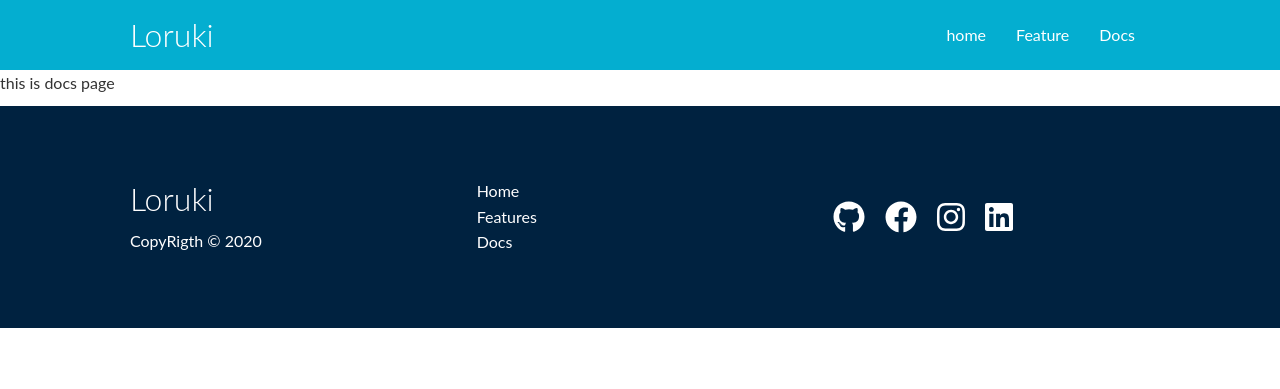
Repository: MosiurRrahman/loruki-app-reactjs
Page: /docs
These files come from the project's save history. The page is drawn as it stood at one moment and after a run of saves; the edit follows.
The browser window is 1280 px wide. The pictures show the whole page.
The project was rebuilt for these pictures with package versions that can differ from the ones it lists, and the page was loaded fresh each time. Also part of the build but not shown: src/components/pages/home/Cli.js, src/components/pages/home/Cloud.js, src/assets/images/images.js, src/components/pages/home/Languages.js, src/components/pages/home/ShowcaseForm.js, src/components/pages/home/ShowCase.js, src/components/pages/home/Status.js, src/components/pages/home/HomePage.js and 5 more.

Above is the page before, as saved 2021-10-06 14:14:57.

### src/index.js
import React from 'react';
import ReactDOM from 'react-dom';
import { BrowserRouter, Route, Switch } from 'react-router-dom';
import Layout from './components/app';
import defaultLayout from './components/layouts/Main';
import docs from './components/pages/docs/Docs';
import feature from './components/pages/feature/Feature';
import './index.css';
// import './utilities';






class Root extends React.Component{
  render(){
    return(
      <BrowserRouter basename = {"/"} >
      <Switch>
        <Route exact path = "/home" component={defaultLayout} />
      <Layout>
          <Route path='/feature' component={feature}></Route>
          <Route path='/docs' component={docs}></Route>
      </Layout>
      </Switch>
      </BrowserRouter>
    );
  }
}




ReactDOM.render(
  <React.StrictMode>
    <Root />
  </React.StrictMode>,
  document.getElementById('root')
);

### src/components/app.jsx
import { Component } from "react";
import Footer from "./common/Footer";
import Header from "./common/Header";

class Layout extends Component {
  render() {
    return (
      <>
        <Header />
        {this.props.children}
        <Footer />
      </>
    );
  }
}
export default Layout;

### src/components/pages/docs/Docs.js
import React, { Component } from 'react';

class Docs extends Component {
    render() {
        return (
            <div>
                this is docs page
<h1></h1>            </div>
        );
    }
}

export default Docs;

### src/index.css
/* all css imported */

@import url("./assets/css/main");
@import url("./assets/css/utilities");

### src/components/common/Footer.jsx
import {
  faFacebook,
  faGithub,
  faInstagram,
  faLinkedin,
} from "@fortawesome/free-brands-svg-icons";
import { FontAwesomeIcon } from "@fortawesome/react-fontawesome";
import { Component } from "react";

class Footer extends Component {
  render() {
    return (
      <>
        <footer className="footer bg-dark py-5">
          <div className="container grid grid-3">
            <div>
              <h1>Loruki</h1>
              <p>CopyRigth &copy; 2020</p>
            </div>
            <nav>
              <ul>
                <li>
                  <a href="index.html">Home</a>
                </li>
                <li>
                  <a href="feature.html">Features</a>
                </li>
                <li>
                  <a href="docs.html">Docs</a>
                </li>
              </ul>
            </nav>
            <div className="social">
              <a href="/home">
                <li className="fa-2x">
                  <FontAwesomeIcon icon={faGithub} />
                </li>
              </a>
              <a href="/home">
                <li className="fa-2x">
                  <FontAwesomeIcon icon={faFacebook} />
                </li>
              </a>
              <a href="/home">
                <li className="fa-2x">
                  <FontAwesomeIcon icon={faInstagram} />
                </li>
              </a>
              <a href="/home">
                <li className=" fa-2x">
                  <FontAwesomeIcon icon={faLinkedin} />
                </li>
              </a>
            </div>
          </div>
        </footer>
      </>
    );
  }
}
export default Footer;

### src/components/common/Header.jsx
import { Component } from "react";
import { Link } from "react-router-dom";

class Header extends Component {
  render() {
    return (
      <>
        <div className="navbar">
          <div className="container flex">
            <h1 className="logo">Loruki</h1>
            <nav>
              <ul>
                <li>
                  {/* <a href="index.html">Home</a> */}
                  <Link to="/home">home</Link>
                </li>
                <li>
                  <Link to="/feature">Feature</Link>
                </li>
                <li>
                  <a href="/docs">Docs</a>
                </li>
              </ul>
            </nav>
          </div>
        </div>
      </>
    );
  }
}
export default Header;

### src/assets/css/main.css
:root {
  --primary-color: #04aed0;
  --secondry-color: #04a1c0;
  --dark-color: #002240;
  --light-color: #f4f4ff;
  --success-color: #5cb85c;
  --error-color: #d9534f;
}

* {
  box-sizing: border-box;
  margin: 0;
  padding: 0;
}

body {
  font-family: "lato", sans-serif;
  color: #333333;
  line-height: 1.6;
}

ul {
  list-style-type: none;
}

a {
  text-decoration: none;
  color: #333333;
}

h1,
h2 {
  font-weight: 300;
  line-height: 1.2;
  margin: 10px 0;
}

p {
  margin: 10px 0;
}

img {
  width: 100%;
}

code,
pre {
  background: #333;
  color: #fff;
  padding: 10px;
}

.hidden {
  visibility: hidden;
  height: 0;
}

/* === navbar style === */

.navbar {
  background-color: var(--primary-color);
  color: #ffffff;
  height: 70px;
}

.navbar .flex {
  justify-content: space-between;
}

.navbar ul {
  display: flex;
}

.navbar ul a {
  padding: 10px;
  margin: 0 5px;
  color: #fff;
  transition: 0.3s;
}

.navbar ul a:hover {
  border-bottom: 2px solid #fff;
}

/* === Showcase style === */

.showcase {
  height: 400px;
  background-color: var(--primary-color);
  color: #fff;
  position: relative;
}

.showcase h1 {
  font-size: 40px;
}

.showcase p {
  margin: 20px 0;
}

.showcase .grid {
  overflow: visible;
  grid-template-columns: 55% 45%;
  gap: 30px;
}

body {
  overflow-x: hidden;
}

.showcase-form {
  position: relative;
  top: 60px;
  height: 350px;
  max-width: 400px;
  padding: 40px;
  z-index: 100;
  animation: slideInFromRight 1s ease-in;
}

.showcase-text {
  animation: slideInFromLeft 1s ease-in;
}

.showcase .form-control {
  margin: 30px 0;
}

.showcase input[type="text"],
.showcase input[type="email"] {
  border: 0;
  border-bottom: 1px solid #b4becb;
  width: 100%;
  padding: 3px;
  font-size: 16px;
}

.showcase-form input:focus {
  outline: none;
}

.showcase::before,
.showcase::after {
  content: "";
  position: absolute;
  height: 100px;
  background: #fff;
  left: 0;
  bottom: -60px;
  right: 0;
  transform: skewY(-3deg);
  --webkit-transform: skewY(-3deg);
  --moz-transform: skewY(-3deg);
  --ms-transform: skewY(-3deg);
}

/* ===stats=== */

.stats {
  padding-top: 100px;
  animation: slideInFromBottom 1s ease-in;
}

.stats-heading {
  max-width: 500px;
  margin: auto;
}

.stats .grid h3 {
  font-size: 35px;
}

.stats .grid p {
  font-size: 20px;
  font-weight: bold;
}

/* cli */

.cli .grid {
  grid-template-columns: repeat(3, 1fr);
  grid-template-rows: repeat(2, 1fr);
}

.cli .grid > *:first-child {
  grid-column: 1 / span 2;
  grid-row: 1 / span 2;
}

/* Cloud */

.cloud .grid {
  grid-template-columns: repeat(4fr, 1fr);
}

/* languages */

.languages .flex {
  flex-wrap: wrap;
}

.languages .card {
  text-align: center;
  margin: 18px 10px 40px;
  transition: 0.3s;
}

.languages .card:hover {
  transform: translateY(-15px);
  color: var(--primary-color);
}

.languages .card h4 {
  font-size: 20px;
  margin-bottom: 10px;
}

/* Feature section */

.freatures-head img,
.docs-head img {
  width: 200px;
  justify-self: center;
}

.freatures-sub-head img {
  width: 300px;
  justify-self: flex-end;
}

/* feature main */

.freatures-main .card > i {
  margin-right: 20px;
}

.freatures-main .grid {
  padding: 30px;
}

.freatures-main .grid > *:first-child {
  grid-column: 1 / span 3;
}

.freatures-main .grid > *:nth-child(2) {
  grid-column: 1 / span 2;
}

.freatures-main .grid > *:nth-child(2) {
  justify-content: start;
}

/* dosc */

.docs-main h3 {
  margin: 20px 0;
}

.docs-main .grid {
  grid-template-columns: 1fr 2fr;
  align-items: flex-start;
}

.docs-main nav li {
  font-size: 20px;
  padding-bottom: 5px;
  margin-bottom: 5px;
  border-bottom: 1px solid #ccc;
}

.docs-main nav a:hover {
  color: var(--primary-color);
  font-weight: bold;
}

/* Footer */
.footer .social {
  display: flex;
}
.footer .social a {
  margin: 0 10px;
}

.footer .social a li {
  list-style-type: none;
  transition: 0.3s;
}

.footer .social a li:hover {
  transform: translateY(-5px);
  color: var(--primary-color);
}

/* Animation */

@keyframes slideInFromLeft {
  0% {
    transform: translateX(-100%);
  }
  100% {
    transform: translateX(0);
  }
}

@keyframes slideInFromRight {
  0% {
    transform: translateX(70%);
  }
  100% {
    transform: translateX(0);
  }
}

@keyframes slideInFromTop {
  0% {
    transform: translateY(-100%);
  }
  100% {
    transform: translateX(0);
  }
}

@keyframes slideInFromBottom {
  0% {
    transform: translateY(100%);
  }
  100% {
    transform: translateX(0);
  }
}

/* ===responsive css ===*/

/* Tablets and under */

@media screen and (max-width: 768px) {
  .grid,
  .showcase .grid,
  .stats .grid,
  .cli .grid,
  .cloud .grid,
  .freature-main .grid,
  .docs-main .grid {
    grid-template-columns: 1fr;
    grid-template-rows: 1fr;
  }
  .showcase {
    height: auto;
  }
  .showcase-text {
    text-align: center;
    margin-top: 40px;
    animation: slideInFromTop 1s ease-in;
  }
  .showcase-form {
    justify-self: center;
    margin: auto;
    animation: slideInFromBottom 1s ease-in;
  }
  .cli .grid > *:first-child {
    grid-column: 1;
    grid-row: 1;
  }
  .freatures-head,
  .freatures-sub-head,
  .docs-head {
    text-align: center;
  }
  .freatures-head img,
  .freatures-sub-head img,
  .docs-head img {
    justify-self: center;
  }
  .freatures-main .grid > *:first-child,
  .freatures-main .grid > *:nth-child(2) {
    grid-column: 1;
  }
  .grid-3 {
    grid-template-columns: 1fr;
    grid-template-rows: 1fr;
  }
}

/* Mobile */

@media (max-width: 500px) {
  .navbar {
    height: 110px;
  }
  .navbar .flex {
    flex-direction: column;
  }
  .navbar ul {
    padding: 10px;
    background: rgba(0, 0, 0, 0.1);
  }
}

/* ===responsive css end ===*/

/* === utlities === */

.container {
  max-width: 1100px;
  margin: 0 auto;
  overflow: auto;
  padding: 0 40px;
}

.card {
  background-color: #fff;
  color: #333;
  border-radius: 10px;
  box-shadow: 0 3px 10px rgba(0, 0, 0, 0.2);
  padding: 20px;
  margin: 10px;
}

.card p {
  padding-left: 20px;
}

.btn {
  display: inline-block;
  padding: 10px 30px;
  cursor: pointer;
  background: var(--primary-color);
  color: #fff;
  border: none;
  border-radius: 5px;
  transition: 0.3s;
}

.btn-outline {
  background-color: transparent;
  border: 1px solid #ffffff;
}

.btn:hover {
  transform: translate(5px);
}

/* background and colored buttons */

.btn-primary,
.bg-primary {
  background-color: var(--primary-color);
  color: #ffffff;
}

.btn-secondry,
.bg-secondry {
  background-color: var(--secondry-color);
  color: #ffffff;
}

.btn-dark,
.bg-dark {
  background-color: var(--dark-color);
  color: #ffffff;
}

.btn-light,
.bg-light {
  background-color: var(--light-color);
  color: #333;
}

.btn-primary a,
.bg-primary a,
.btn-secondry a,
.bg-secondry a,
.btn-dark a,
.bg-dark a {
  color: #fff;
}

/* text sizes */

.lead {
  font-size: 20px;
}

.sm {
  font-size: 1rem;
}

.md {
  font-size: 2rem;
}

.lg {
  font-size: 3rem;
}

.xl {
  font-size: 4rem;
}

.text-center {
  text-align: center;
}

.flex {
  display: flex;
  justify-items: center;
  align-items: center;
  height: 100%;
}

.grid {
  display: grid;
  grid-template-columns: repeat(2, 1fr);
  gap: 20px;
  justify-content: center;
  align-items: center;
  height: 100%;
}

.grid-3 {
  grid-template-columns: repeat(3, 1fr);
}

/* alart */

.alert {
  background-color: var(--light-color);
  padding: 10px 20px;
  font-weight: bold;
  margin: 15px 0;
}

.alert i {
  margin-right: 10px;
}

.alert-success {
  background-color: var(--success-color);
  color: #fff;
}

.alert-error {
  background-color: var(--errer-color);
  color: #fff;
}

/* Margin */

.my-1 {
  margin: 1rem 0;
}

.my-2 {
  margin: 1.5rem 0;
}

.my-3 {
  margin: 2rem;
}

.my-4 {
  margin: 3rem 0;
}

.my-5 {
  margin: 4rem 0;
}

.m-1 {
  margin: 1rem;
}

.m-2 {
  margin: 1.5rem;
}

.m-3 {
  margin: 2rem;
}

.m-4 {
  margin: 3rem;
}

.m-5 {
  margin: 4rem;
}

/* padding */

.py-1 {
  padding: 1rem 0;
}

.py-2 {
  padding: 1.5rem 0;
}

.py-3 {
  padding: 2rem;
}

.py-4 {
  padding: 3rem 0;
}

.py-5 {
  padding: 4rem 0;
}

.p-1 {
  padding: 1rem;
}

.p-2 {
  padding: 1.5rem;
}

.p-3 {
  padding: 2rem;
}

.p-4 {
  padding: 3rem;
}

.p-5 {
  padding: 4rem;
}

Loaded but not shown: public/index.html (common file); src/assets/css/utilities.css (no stored copy; drawn as an empty file)

After the next 2 saves:
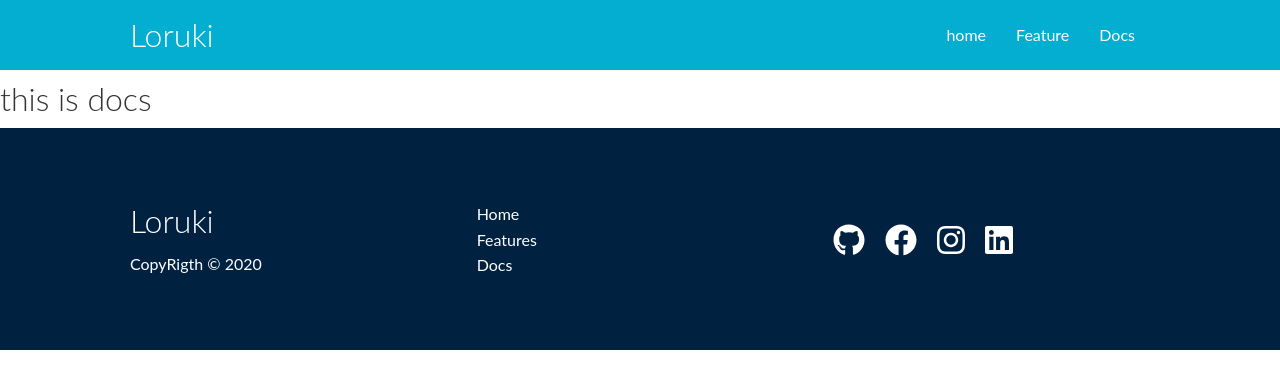
The 2 saves are shown as one change because they came seconds apart.
The last was saved 31 s later.
--- a/src/components/pages/docs/Docs.js
+++ b/src/components/pages/docs/Docs.js
@@ -1,13 +1,13 @@
-import React, { Component } from 'react';
+import React, { Component } from "react";
 
 class Docs extends Component {
-    render() {
-        return (
-            <div>
-                this is docs page
-<h1></h1>            </div>
-        );
-    }
+  render() {
+    return (
+      <div>
+        <h1>this is docs</h1>{" "}
+      </div>
+    );
+  }
 }
 
 export default Docs;
